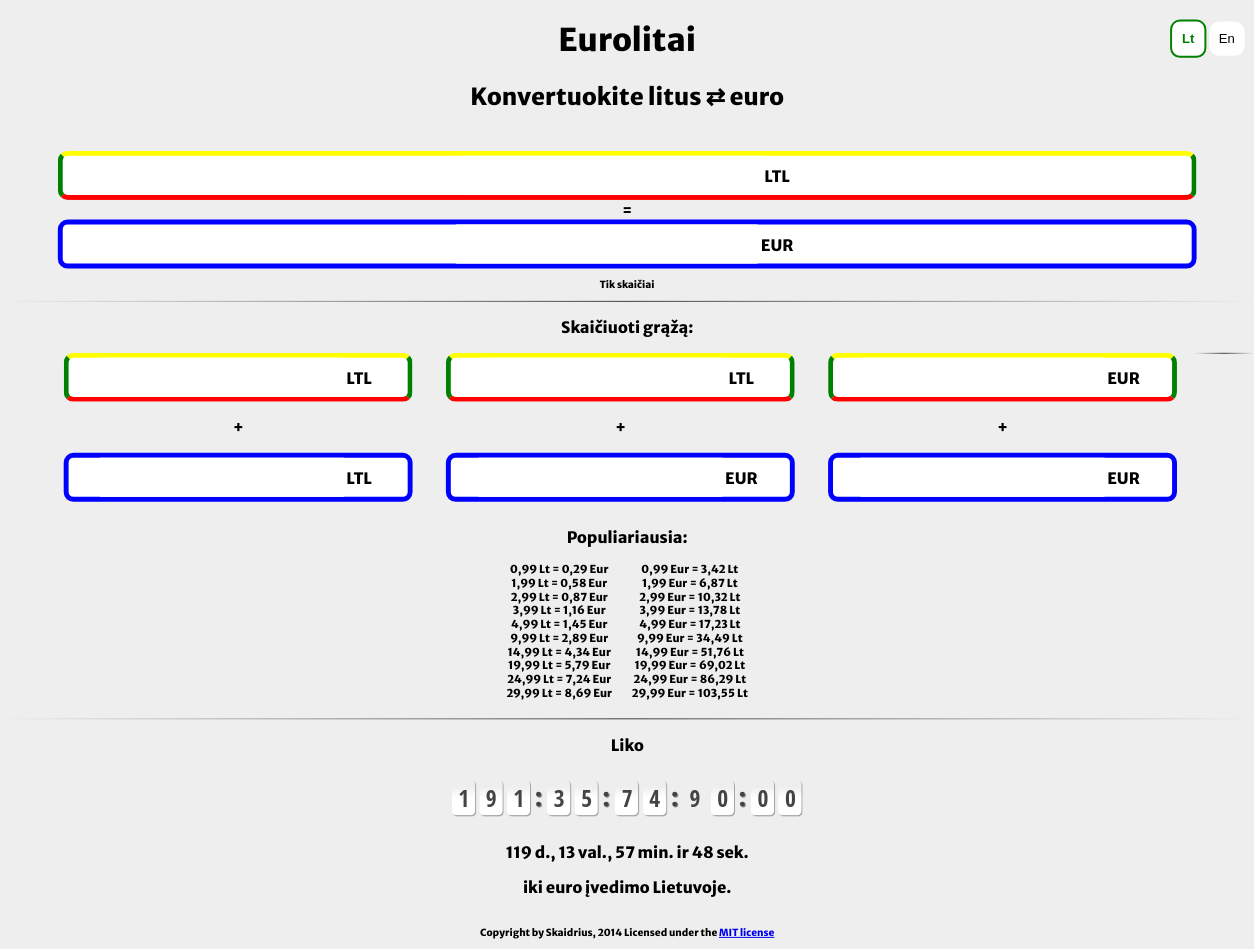
Repository: Skaidrius/eurolitai
Page: index.html
The author's editor kept a record of every edit. The page is drawn from the files as they stood at one moment, then again after the next edit.
The browser window is 1280 px wide. The pictures show the whole page, at 98% of full size.
Some web libraries are served in a nearby version.

Above is the page before.

### index.html
<!DOCTYPE html>
<html>
  <head>
    <meta charset="utf-8">
    <meta http-equiv="X-UA-Compatible" content="IE=edge,chrome=1">
    <title>Eurolitai</title>
    <meta name="title" content="Eurolitai">
    <meta name="description" content="litų į/iš euro konverteris convert LTL to/from EUR">
    <meta name="viewport" content="width=device-width" scallable="1">
    <link rel="stylesheet" type="text/css" href="style/style.css">

  </head>
  <body class="body">
    <!--calculate LTL <> Eur-->
    <div>
      <h1 class="center">Eurolitai</h1>
        <div class = "languages ">
          <button id="lithuanian" class="button round">Lt</button>
          <button id="english" class="button round">En</button>
        </div>
      <h2 class="center"><span class="lithuanian">Konvertuokite litus &#8644; euro<br> </span><span class="english">Easy convert LTL &#8644; EUR</span></h2><br>
    </div>
    <form class="form center">
      <!--LT box-->
      <div class="box lt round">
        <input class="input center" type="number" id="lt" name="lt">
        <label class="money" for="lt">LTL</label>
      </div>

      <div>&#61;<div>
      <!--En box-->
      <div class="box eur round">
        <input class="input center" type="number" id="eur" name="eur">
        <label class="money" for="eur">EUR</label>
      </div>

      <div id="error" class="alert">
        <p><span class="lithuanian">Tik skaičiai </span><span class="english"> Only numbers</span></p>
      </div>
    </form>
    <hr>
    <!--calculate change-->
    <div class="change">
      <div>
        <p><span class="lithuanian">Skaičiuoti grąžą: </span><span class="english"> Calculate change:</span></p>
        <div id="changeCalculator">
          <div class="third">
            <div class="box lt round">
              <input class="input center" type="number" id="changeLtLt1" name="lt">
              <label class="money" for="lt">LTL</label>
            </div>
            <p>+</p>
            <div class="box eur round">
              <input class="input center" type="number" id="changeLtLt2" name="lt">
              <label class="money" for="lt">LTL</label>
            </div>
          </div>
          <div class="third">
            <div class="box lt round">
              <input class="input center" type="number" id="changeLt" name="lt">
              <label class="money" for="lt">LTL</label>
            </div>
            <p>+</p>
            <div class="box eur round">
              <input class="input center" type="number" id="changeEur" name="eur">
              <label class="money" for="eur">EUR</label>
            </div>
          </div>
          <div class="third">
            <div class="box lt round">
              <input class="input center" type="number" id="changeEurEur1" name="eur">
              <label class="money" for="eur">EUR</label>
            </div>
            <p>+</p>
            <div class="box eur round">
              <input class="input center" type="number" id="changeEurEur2" name="eur">
              <label class="money" for="eur">EUR</label>
            </div>
          </div>
        </div>
      </div>

      <!--explain change-->
      <div id="explain">
      </div>
    </div>
    <hr>

    <div class="popular">
      <p><span class="lithuanian">Populiariausia: </span><span class="english"> Popular picks:</span></p>
      <ul class = "lteur"></ul>
      <ul class = "eurlt"></ul>
    </div>
    <hr>

    <!--countdown 'till 2015-01-01-->
    <div class = "center">
      <p><span class="english center">Until Euro in Lithuania </span>
      <span class="lithuanian center">Liko </span></p>
    </div>
		<div id="countdown"></div>

		<p id="note"></p>

      <div class="left">
        <span class="lithuanian center">iki euro įvedimo Lietuvoje.</span>
        <span class="english center">left.</span>
      </div>
    <script type="text/javascript" src="https://code.jquery.com/jquery-1.11.1.min.js"></script>
    <script type="text/javascript" src="script/main.js"></script>
    <script type="text/javascript" src="script/script.js"></script>
    <script type="text/javascript" src="script/countdown.js"></script>
  </body>
  <footer class="down center">Copyright by Skaidrius, 2014 Licensed under the <a href="http://opensource.org/licenses/MIT">MIT license</a></footer>
</html>

### style/style.css
@import url(http://fonts.googleapis.com/css?family=Merriweather+Sans:400,800&subset=latin,latin-ext);

/*body*/
.body {
  width:100%;
  margin: 0 auto;
  font: bold 16px 'Merriweather Sans', sans-serif;
  background: #eee;
  overflow-x: none;
}

#countDownBlock {
  padding: 10px;
}

.button {   padding: 10px;
  background: white;
  border: 3px #000;
}

.center {
  text-align: center;
  clear: both;
}

.box {
  text-align: center;
  background: white;
  margin: 0 auto;
  position: relative;
  max-width: 90%;
}

.input {
  display: inline-block;
  max-width: 65%;
  padding: 8px 12px;
  margin: 0;
  font-size: 1.3em;
  font-weight: bold;
  border: 0;
  position: relative;
  outline: 0;
  color: #53f;
}

.round {   border-radius: 10px; }

.active {
  border: 2px solid green;
  background: white;
  color: green;
  font-weight: bold;
}

.lt {
  border-top: 5px solid yellow;
  border-left: 5px solid green;
  border-right: 5px solid green;
  border-bottom: 5px solid red;
}

.eur {
  border: 5px solid blue;
  margin-bottom: 10px;
}

.money {
  padding-right: 5px;
}

.input::-webkit-outer-spin-button,
.input::-webkit-inner-spin-button {
    /* display: none; <- Crashes Chrome on hover */
    -webkit-appearance: none;
    margin: 0; /* <-- Apparently some margin are still there even though it's hidden */
}

.error {
  display: inline-block;
  font-size: 1em;
  font-weight: bold;
  padding: 10px;
  margin: 0 auto;
  margin-bottom: 1em;
  color: white;
  background-color: red;
}

.visible {  visibility: visible; }

.hidden { display: none; }

.languages {
  position: absolute;
  right: 10px;
  top: 20px;
}

.alert {   font-size: 10px; }

#countdown {
  margin: 10px auto;
}

.countdownHolder{
  padding-top: 10px;
	margin:0 auto;
	font: 24px/1.5 'Open Sans Condensed',sans-serif;
	text-align:center;
	letter-spacing:-3px;
}

.position{
	display: inline-block;
	height: 1.6em;
	overflow: hidden;
	position: relative;
	width: 1.05em;
}

.digit{
	position:absolute;
	display:block;
	width:1em;
	background-color:#eee;
	border-radius:0.2em;
	text-align:center;
	color:#444;
	letter-spacing:-1px;
}

.digit.static{
	box-shadow:1px 1px 1px rgba(4, 4, 4, 0.35);

	background-image: linear-gradient(bottom, #3A3A3A 50%, #444444 50%);
	background-image: -o-linear-gradient(bottom, #3A3A3A 50%, #444444 50%);
	background-image: -moz-linear-gradient(bottom, #3A3A3A 50%, #444444 50%);
	background-image: -webkit-linear-gradient(bottom, #3A3A3A 50%, #444444 50%);
	background-image: -ms-linear-gradient(bottom, #3A3A3A 50%, #444444 50%);

	background-image: -webkit-gradient(
		linear,
		left bottom,
		left top,
		color-stop(0.8, #eee),
		color-stop(0.5, #fff)
	);
}

/**
 * You can use these classes to hide parts
 * of the countdown that you don't need.
 */

.countDiv{
	display:inline-block;
	width:16px;
	height:1.6em;
	position:relative;
}

.countDiv:before,
.countDiv:after{
	position:absolute;
	width:5px;
	height:5px;
	background-color:#444;
	border-radius:50%;
	left:50%;
	margin-left:-3px;
	top:0.5em;
	box-shadow:1px 1px 1px rgba(4, 4, 4, 0.5);
	content:'';
}

.countDiv:after{
	top:0.9em;
}

.popular {
  display: inline-block;
}

.popular ul {
  margin-top: 0;
  padding: 0 10px;
  float: left;
  font-size: 0.7em;
  font: sans-serif;
}
.popular ul li{
  list-style: none;
}

hr {
    /* http://css-tricks.com/examples/hrs/ */
    border: 0;
    height: 1px;
    background-image: -webkit-linear-gradient(left, rgba(0,0,0,0), rgba(0,0,0,0.75), rgba(0,0,0,0));
    background-image:    -moz-linear-gradient(left, rgba(0,0,0,0), rgba(0,0,0,0.75), rgba(0,0,0,0));
    background-image:     -ms-linear-gradient(left, rgba(0,0,0,0), rgba(0,0,0,0.75), rgba(0,0,0,0));
    background-image:      -o-linear-gradient(left, rgba(0,0,0,0), rgba(0,0,0,0.75), rgba(0,0,0,0));
}
#showChange {
  margin-bottom: 10px;
}


.down {
  font-size: 10px;
  padding: 30px 0 10px 0;
}

.third:first-child{
  padding-left: 4%;
}
.changeCalculator:after{
  content: '';
  display:table;
  clear: both;
}
.changeCalculator {
  width: 100%;
}
.third {
  width: 30%;
  padding: 0 3px;
  float: left;
}
.explain:before {
  clear: both;
}

### script/main.js
(function($) {

  var ltInp = $('#lt'),
      eurInp = $('#eur'),
      changeLtLt1Inp = $('#changeLtLt1'),
      changeLtLt2Inp = $('#changeLtLt2'),
      changeLtInp = $('#changeLt'),
      changeEurInp = $('#changeEur'),
      changeEurEur1Inp = $('#changeEurEur1'),
      changeEurEur2Inp = $('#changeEurEur2'),
      lithuanianInp = $("#lithuanian"),
      englishInp = $("#english"),
      error = $('#error');

  // initialisation
  $(".english").addClass("hidden");
  lithuanianInp.addClass("active");

  //change language
  lithuanianInp.click(function(){
    $(this).addClass("active");
    englishInp.removeClass("active");
    $(".english").hide();
    $(".lithuanian").show();
  });
  englishInp.click(function(){
    $(this).addClass("active");
    lithuanianInp.removeClass("active");
    $(".lithuanian").hide();
    $(".english").show();
  });

  var show = function(){
    $(this).removeClass("hidden").addClass("visible");
  };

  var hide = function(){
    $(this).removeClass("visible").addClass("hidden");
  };

  // convert currency functions
  var toEur = function(lt){
    var eur;
    eur = (lt / 3.4528).toFixed(2);
    return eur;
  };

  var toLt = function(eur){
    var lt;
    lt = (eur * 3.4528).toFixed(2);
    return lt;
  };

  //convert currencies
  ltInp.keyup(function () {
    var lt = $(this).val(),
        eur = toEur(lt);
    if ($.isNumeric(lt)) {
      hideError();
      eurInp.val(eur).toString().replace(".", ",");
      showNumbers();
    } else {
      showError();
    }
  });

  eurInp.keyup(function () {
    var eur = $(this).val(),
        lt = toLt(eur);
    if ($.isNumeric(eur)) {
      hideError();
      ltInp.val(lt).toString().replace(".", ",");
      showNumbers();
    } else {
      showError();
    }
  });

  var hideError = function(){
    error.addClass("hidden");
    clear();
  };
  var showError = function() {
    error.removeClass("hidden").addClass("error");
  };

  //clearing functions
  var clear = function(){
    changeLtLt1Inp.val('');
    changeLtLt2Inp.val('');
    changeLtInp.val('');
    changeEurInp.val('');
    changeEurEur1Inp.val('');
    changeEurEur2Inp.val('');
  };
  var clear1 = function(){
    changeLtInp.val('');
    changeEurInp.val('');
    changeEurEur1Inp.val('');
    changeEurEur2Inp.val('');
  };
  var clear2 = function(){
    changeLtLt1Inp.val('');
    changeLtLt2Inp.val('');
    changeEurEur1Inp.val('');
    changeEurEur2Inp.val('');
  };
  var clear3 = function(){
    changeLtLt1Inp.val('');
    changeLtLt2Inp.val('');
    changeLtInp.val('');
    changeEurInp.val('');
  };

  // currency change calculator
  // first conversion LTL(EUR)=LTL+LTL
  changeLtLt1Inp.keyup(function () {
    clear1();
    var change,
        lt = $(this).val();
    change =  ($('#lt').val() - lt).toFixed(2);
    changeLtLt2Inp.val(change).toString().replace(".", ",");
    showNumbers();
  });

  changeLtLt2Inp.keyup(function () {
    clear1();
    var change,
        lt = $(this).val();
    change = ($('#lt').val() - lt).toFixed(2);
    changeLtLt1Inp.val(change).toString().replace(".", ",");
    showNumbers();
  });

  // second conversion LTL(EUR)=LTL+EUR
  changeLtInp.keyup(function () {
    clear2();
    var change,
        lt = $(this).val();
    change =  toEur($('#lt').val() - lt);
    changeEurInp.val(change).toString().replace(".", ",");
    showNumbers();
  });

  changeEurInp.keyup(function () {
    clear2();
    var change,
        eur = $(this).val();
    change = toLt($('#eur').val() - eur);
    changeLtInp.val(change).toString().replace(".", ",");
    showNumbers();
  });

  // third conversion LTL(EUR)=EUR+EUR
  changeEurEur1Inp.keyup(function () {
    clear3();
    var change,
        eur = $(this).val();
    change = ($('#eur').val() - eur).toFixed(2);
    changeEurEur2Inp.val(change).toString().replace(".", ",");
    showNumbers();
  });

  changeEurEur2Inp.keyup(function () {
    clear3();
    var change,
        eur = $(this).val();
    change = ($('#eur').val() - eur).toFixed(2);
    changeEurEur1Inp.val(change).toString().replace(".", ",");
    showNumbers();
  });

  // show calculation
  var showNumbers = function(){
    var explain = $('#explain'),
        lts = $('#lt').val().toString().replace(".", ","),
        eurs = $('#eur').val().toString().replace(".", ","),
        changeLtLt1 = changeLtLt1Inp.val().toString().replace(".", ","),
        changeLtLt2 = changeLtLt2Inp.val().toString().replace(".", ","),
        changeEurs = changeEurInp.val().toString().replace(".", ","),
        changeLts = changeLtInp.val().toString().replace(".", ","),
        changeEurEur1 = changeEurEur1Inp.val().toString().replace(".", ","),
        changeEurEur2 = changeEurEur2Inp.val().toString().replace(".", ","),
        calculationText;
    if (changeLtLt1 !=="" && changeLtLt2 !=="") {
      calculationText = "<p>" + lts +" Lt (" + eurs + " Eur) = " + changeLtLt1 +" Lt + " + changeLtLt2 + " Lt" + "</p>";
    } else if (changeEurs !=="" && changeLts !=="") {
      calculationText = "<p>" + lts +" Lt (" + eurs + " Eur) = " + changeLts +" Lt + " + changeEurs + " Eur" + "</p>";
    } else if (changeEurEur1 !=="" && changeEurEur2!=="" ) {
      calculationText = "<p>" + lts +" Lt (" + eurs + " Eur) = " + changeEurEur1 +" Eur + " + changeEurEur2 + " Eur" + "</p>";
    } else {
      calculationText = "<p>" + lts +" Lt (" + eurs + " Eur) " + "</p>";
    }
    explain.html(calculationText);
  };

  var a = [0.99, 1.99, 2.99, 3.99, 4.99, 9.99, 14.99, 19.99, 24.99, 29.99],
    lteur = $('.lteur'),
    eurlt = $('.eurlt');

  for (var i = 0, b = a.length; i < b; i++ ) {
    lteur.append("<li>"+a[i].toString().replace(".", ",") +" Lt = "+(a[i]/ 3.4528).toFixed(2).toString().replace(".", ",") +" Eur"+"</li>");
    eurlt.append("<li>"+a[i].toString().replace(".", ",") +" Eur = "+(a[i]* 3.4528).toFixed(2).toString().replace(".", ",") +" Lt"+"</li>");
  }

}) (jQuery);

### script/script.js
/**
 * @name		jQuery Countdown Plugin
 * @author		Martin Angelov
 * @version 	1.0
 * @url			http://tutorialzine.com/2011/12/countdown-jquery/
 * @license		MIT License
 */

$(function(){

	var note = $('#note'),
		ts = new Date(2015, 0, 1);


	if((new Date()) > ts){
		// Notice the *1000 at the end - time must be in milliseconds
		ts = (new Date()).getTime();
	}

	$('#countdown').countdown({
		timestamp	: ts,
		callback	: function(days, hours, minutes, seconds){

			var message = "";
				if ($('#english').hasClass("active")){
				message += days + " day" + ( days==1 ? '':'s' );
				message += hours + " hour" + ( hours==1 ? '':'s' );
				message += minutes + " minute" + ( minutes==1 ? '':'s' ) + " and ";
				message += seconds + " second" + ( seconds==1 ? '':'s' ) ;
				} else {
				message += days + " d." + ", ";
				message += hours + " val." + ", ";
				message += minutes + " min." + " ir ";
				message += seconds + " sek.";
				}

			note.html(message);
		}
	});

});

### script/countdown.js
/**
 * @name		jQuery Countdown Plugin
 * @author		Martin Angelov
 * @version 	1.0
 * @url			http://tutorialzine.com/2011/12/countdown-jquery/
 * @license		MIT License
 */

(function($){
	// Number of seconds in every time division
	var days	= 24*60*60,
		hours	= 60*60,
		minutes	= 60;

	// Creating the plugin
	$.fn.countdown = function(prop){
		var options = $.extend({
			callback	: function(){},
			timestamp	: 0
		},prop);

		var left, d, h, m, s, positions;

		// Initialize the plugin
		init(this, options);

		positions = this.find('.position');

		(function tick(){

			// Time left
			left = Math.floor((options.timestamp - (new Date())) / 1000);

			if(left < 0){
				left = 0;
			}

			// Number of days left
			d = Math.floor(left / days);

			updateDuoDays(0, 1, d);
			left -= d*days;

			// Number of hours left
			h = Math.floor(left / hours);
			updateDuo(2, 3, h);
			left -= h*hours;

			// Number of minutes left
			m = Math.floor(left / minutes);
			updateDuo(4, 5, m);
			left -= m*minutes;

			// Number of seconds left
			s = left;
			updateDuo(6, 7, s);

			// Calling an optional user supplied callback
			options.callback(d, h, m, s);

			// Scheduling another call of this function in 1s
			setTimeout(tick, 1000);
		})();

		// This function updates two digit positions at once
		function updateDuo(minor,major,value){
			switchDigit(positions.eq(minor),Math.floor(value/10)%10);
			switchDigit(positions.eq(major),value%10);
		}
		function updateDuoDays(minor, major,value){
			switchDigit(positions.eq(minor),Math.floor(value/10)%10);
			switchDigit(positions.eq(major),value%10);
		}


		return this;
	};


	function init(elem, options){
		elem.addClass('countdownHolder');

		// Creating the markup inside the container
		$.each(['Days'],function(i){
			$('<span class="countDays">').html(
				'<span class="position">\
					<span class="digit static">0</span>\
				</span>\
				<span class="position">\
					<span class="digit static">0</span>\
				</span>\
				<span class="position">\
					<span class="digit static">0</span>\
				</span>'
			).appendTo(elem);

			if(this!="Seconds"){
				elem.append('<span class="countDiv countDiv'+i+'"></span>');
			}
		});
		// Creating the markup inside the container
		$.each(['Hours','Days','Minutes','Seconds'],function(i){
			$('<span class="count'+this+'">').html(
				'<span class="position">\
					<span class="digit static">0</span>\
				</span>\
				<span class="position">\
					<span class="digit static">0</span>\
				</span>'
			).appendTo(elem);

			if(this!="Seconds"){
				elem.append('<span class="countDiv countDiv'+i+'"></span>');
			}
		});

	}

	// Creates an animated transition between the two numbers
	function switchDigit(position,number){

		var digit = position.find('.digit')

		if(digit.is(':animated')){
			return false;
		}

		if(position.data('digit') == number){
			// We are already showing this number
			return false;
		}

		position.data('digit', number);

		var replacement = $('<span>',{
			'class':'digit',
			css:{
				top:'-2.1em',
				opacity:0
			},
			html:number
		});

		// The .static class is added when the animation
		// completes. This makes it run smoother.

		digit
			.before(replacement)
			.removeClass('static')
			.animate({top:'2.5em',opacity:0},'fast',function(){
				digit.remove();
			})

		replacement
			.delay(100)
			.animate({top:0,opacity:1},'fast',function(){
				replacement.addClass('static');
			});
	}
})(jQuery);

After the next edit:
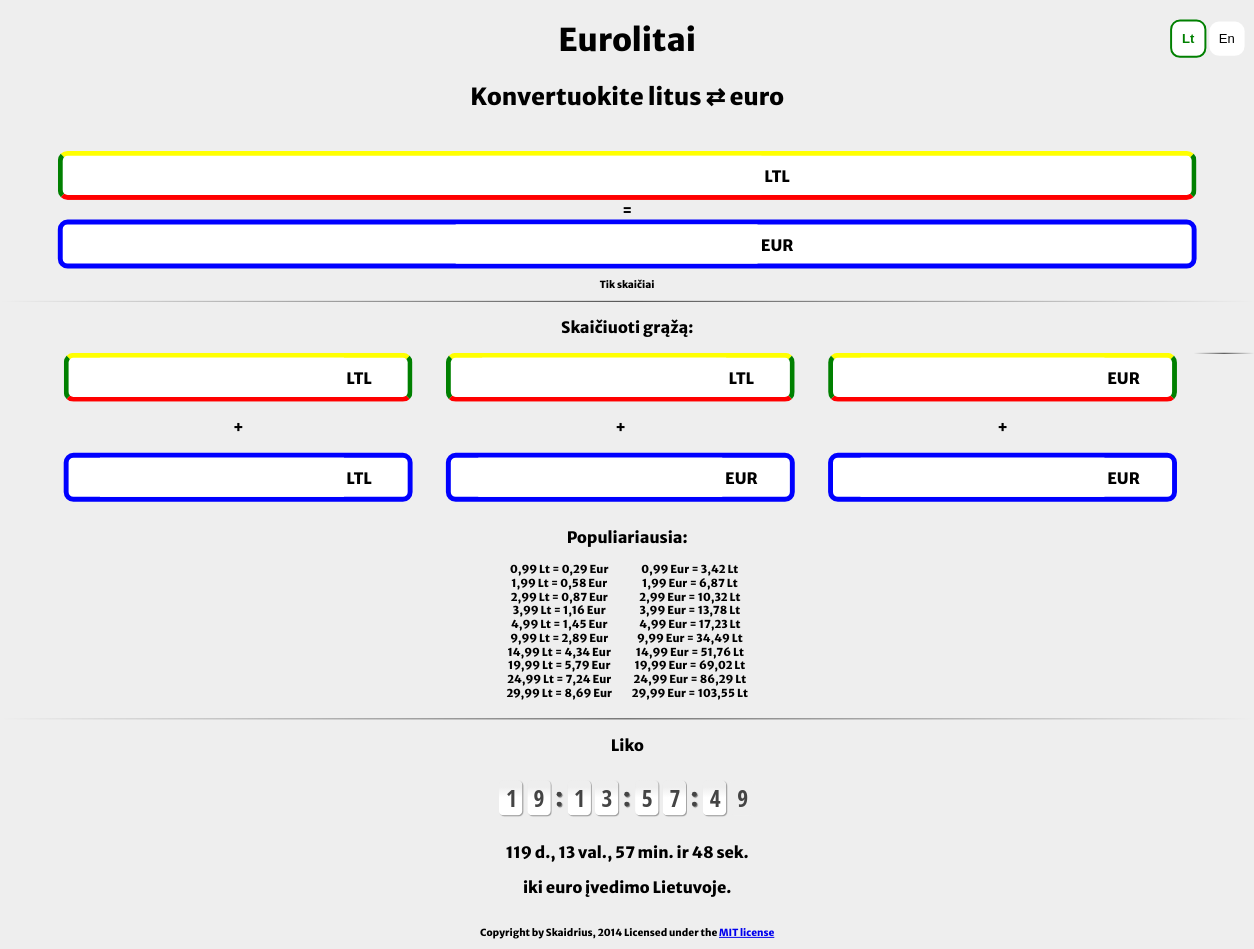
The edit:
--- a/script/countdown.js
+++ b/script/countdown.js
@@ -81,24 +81,6 @@
 		elem.addClass('countdownHolder');
 
 		// Creating the markup inside the container
-		$.each(['Days'],function(i){
-			$('<span class="countDays">').html(
-				'<span class="position">\
-					<span class="digit static">0</span>\
-				</span>\
-				<span class="position">\
-					<span class="digit static">0</span>\
-				</span>\
-				<span class="position">\
-					<span class="digit static">0</span>\
-				</span>'
-			).appendTo(elem);
-
-			if(this!="Seconds"){
-				elem.append('<span class="countDiv countDiv'+i+'"></span>');
-			}
-		});
-		// Creating the markup inside the container
 		$.each(['Hours','Days','Minutes','Seconds'],function(i){
 			$('<span class="count'+this+'">').html(
 				'<span class="position">\
